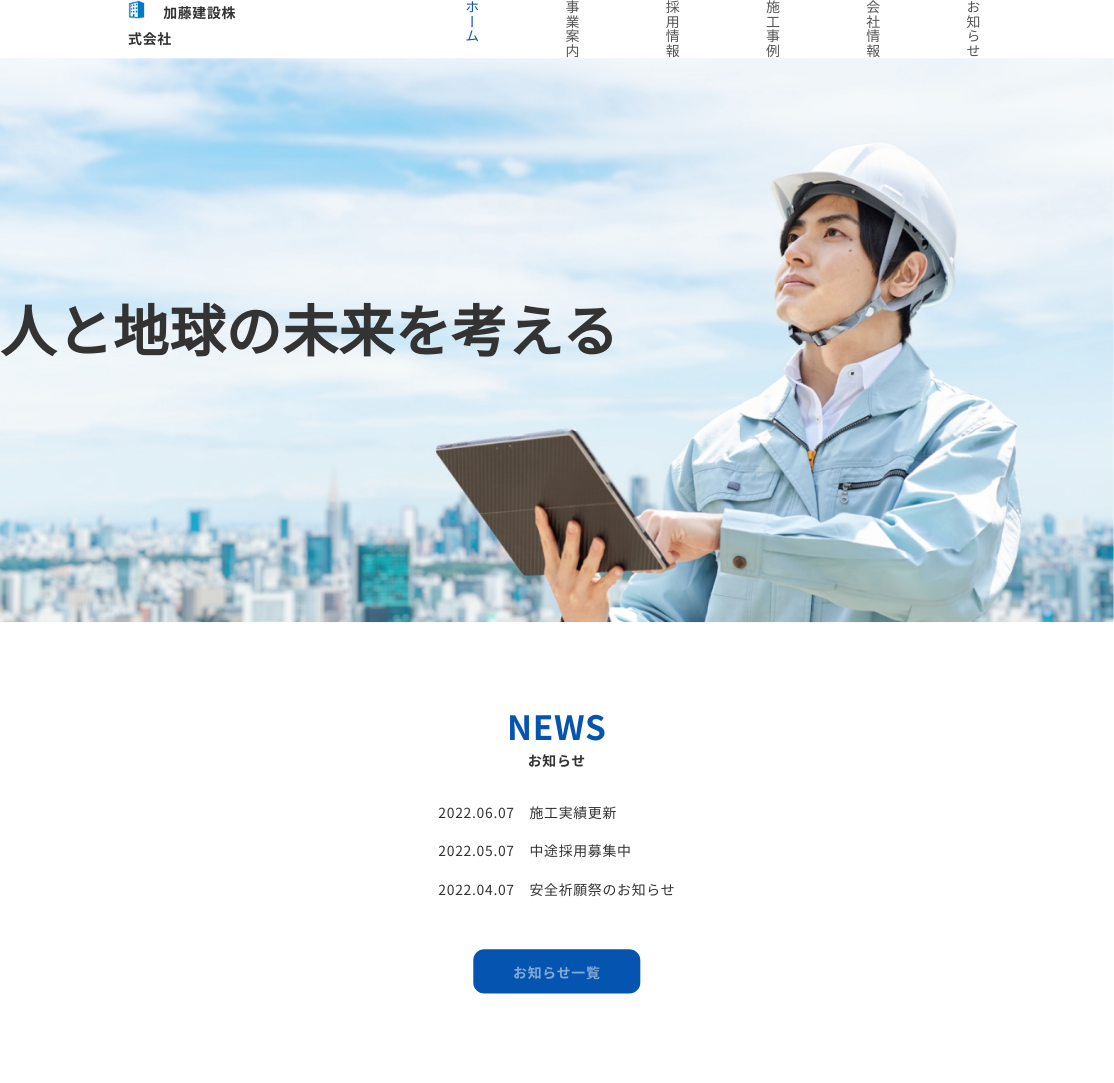
Repository: nozomi-23/hp1_test
Page: index.html
These files come from the project's save history. The page is drawn as it stood at one moment and after a run of saves; the edit follows.
The browser window is 1280 px wide. The pictures show the whole page, at 87% of full size.
The pointer rests on the first visible `.btn a`.

Above is the page before, as saved 2022-06-12 11:20:33.

After the next 2 saves:
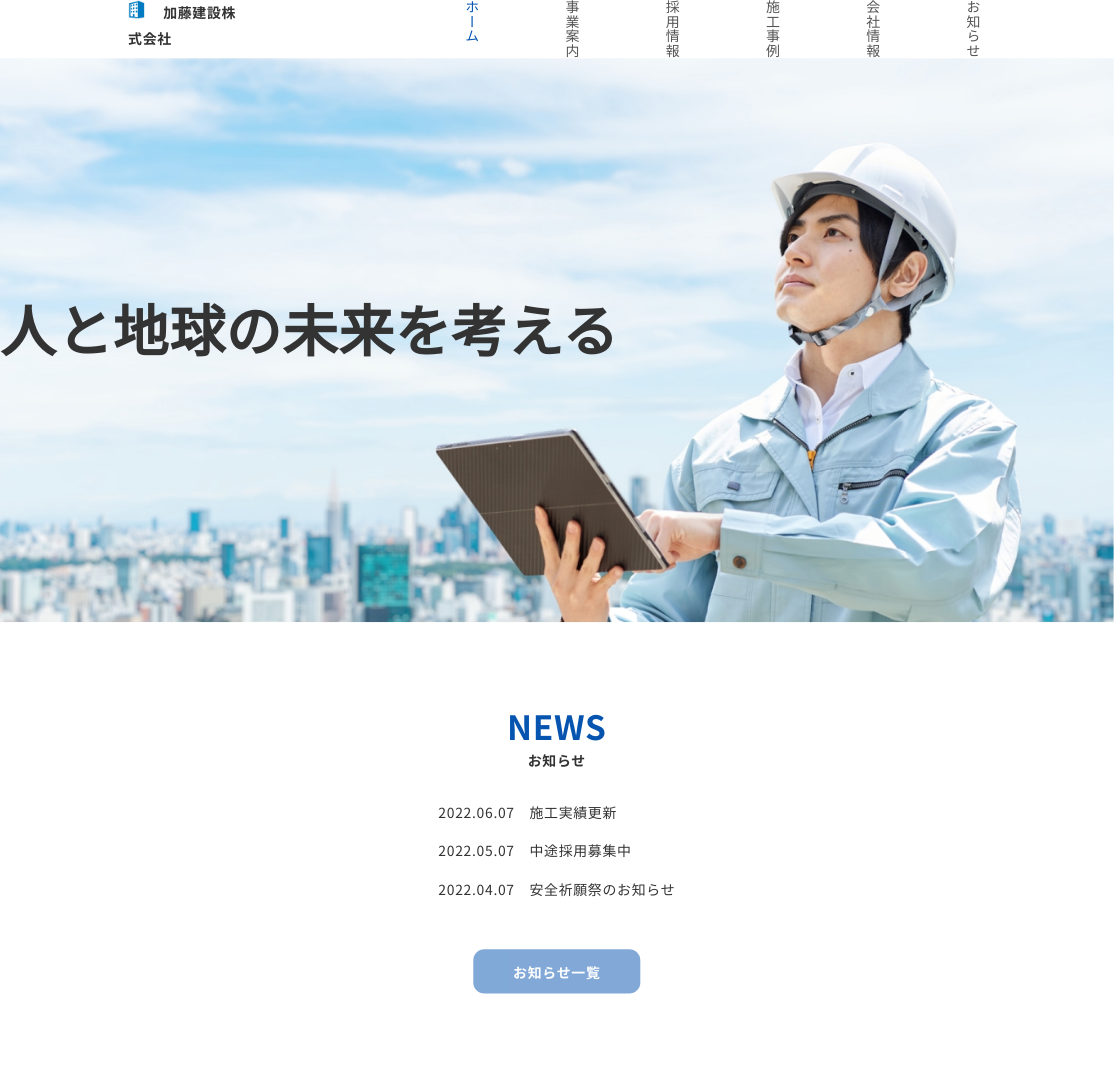
The 2 saves are shown as one change because they came seconds apart.
The last was saved 17 s later.
--- a/css/common1.css
+++ b/css/common1.css
@@ -45,6 +45,6 @@ a {
   padding: 5%;
   text-align: center;
 }
-.btn a:hover {
+.btn:hover {
   opacity: 0.5;
 }
